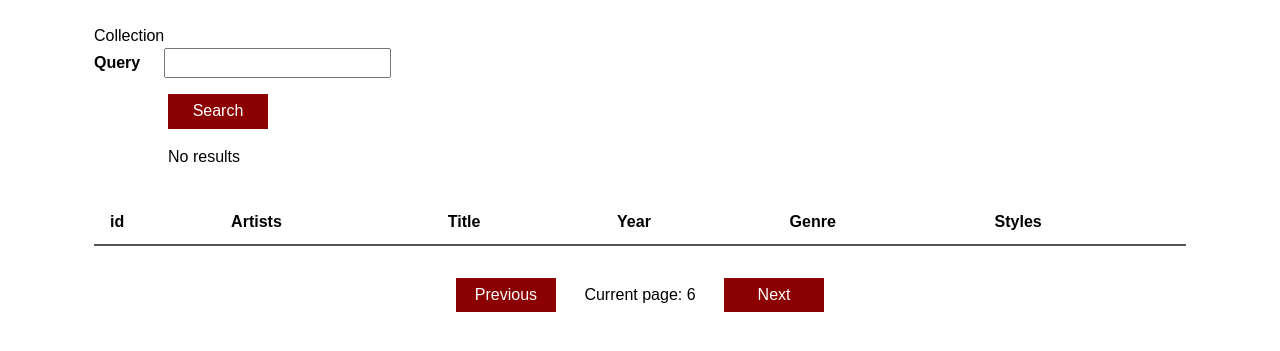
Repository: ivan-baljkas/pristupni_zadatak
Page: / (app in frontend/react-akademija-master/)
The author's editor kept a copy of each file at every save. The page is drawn from the files as they stood at one save, then again after the next save.
The browser window is 1280 px wide. The pictures show the whole page.
The page's requests for data from a server got no answer. The project was rebuilt for these pictures with package versions that can differ from the ones it lists, and the page was loaded fresh each time. No one was signed in, and anything a server would have sent is missing. Also part of the build but not shown: frontend/react-akademija-master/src/components/TableItem.jsx.

Above is the page before, as saved 2021-07-22 12:08:01.

### frontend/react-akademija-master/public/index.html
<!DOCTYPE html>
<html lang="en">
  <head>
    <meta charset="utf-8" />
    <link rel="icon" href="%PUBLIC_URL%/favicon.ico" />
    <meta name="viewport" content="width=device-width, initial-scale=1" />
    <meta name="theme-color" content="#000000" />
    <meta
      name="description"
      content="Web site created using create-react-app"
    />
    <link rel="apple-touch-icon" href="%PUBLIC_URL%/logo192.png" />
    <!--
      manifest.json provides metadata used when your web app is installed on a
      user's mobile device or desktop. See https://developers.google.com/web/fundamentals/web-app-manifest/
    -->
    <link rel="manifest" href="%PUBLIC_URL%/manifest.json" />
    <!--
      Notice the use of %PUBLIC_URL% in the tags above.
      It will be replaced with the URL of the `public` folder during the build.
      Only files inside the `public` folder can be referenced from the HTML.

      Unlike "/favicon.ico" or "favicon.ico", "%PUBLIC_URL%/favicon.ico" will
      work correctly both with client-side routing and a non-root public URL.
      Learn how to configure a non-root public URL by running `npm run build`.
    -->
    <link rel="stylesheet" type="text/css" href="https://cdnjs.cloudflare.com/ajax/libs/normalize/8.0.1/normalize.min.css">
    <title>Ivan Baljkas</title>
  </head>
  <body>
    <noscript>You need to enable JavaScript to run this app.</noscript>
    <div id="root"></div>
    <!--
      This HTML file is a template.
      If you open it directly in the browser, you will see an empty page.

      You can add webfonts, meta tags, or analytics to this file.
      The build step will place the bundled scripts into the <body> tag.

      To begin the development, run `npm start` or `yarn start`.
      To create a production bundle, use `npm run build` or `yarn build`.
    -->
  </body>
</html>

### frontend/react-akademija-master/src/index.css
body {
  margin: 0;
  font-family: -apple-system, BlinkMacSystemFont, "Segoe UI", "Roboto", "Oxygen",
    "Ubuntu", "Cantarell", "Fira Sans", "Droid Sans", "Helvetica Neue",
    sans-serif;
  -webkit-font-smoothing: antialiased;
  -moz-osx-font-smoothing: grayscale;
}

body {
  max-width: 1140px;
  margin: 0 auto;
  padding: 24px;
  font-family: Arial, sans-serif;
  font-size: 16px;
  line-height: 1.5;
}

h1 {
  margin-top: 0;
}

html {
  box-sizing: border-box;
}
*,
*:before,
*:after {
  box-sizing: inherit;
}

table {
  border-collapse: collapse;
  text-align: left;
  margin-bottom: 2em;
  width: 100%;
}

thead {
  border-bottom: 2px solid #555;
}

thead th,
td {
  padding: 0.6em 1em;
}

tbody tr:nth-child(even) {
  background-color: #e9e9e9;
}

.pagination {
  text-align: center;
}

button {
  margin: 0 1.5em;
  background-color: darkred;
  color: white;
  border-width: 0;
  padding: 0.5em 1em;
  min-width: 100px;
}

button:disabled {
  opacity: 0.5;
}

.stats {
  border-bottom: 1px solid #555;
  padding-bottom: 1em;
  margin-bottom: 1em;
  text-align: center;
}

form div {
  margin-bottom: 1em;
}

form {
  margin-bottom: 2em;
}

form label {
  display: inline-block;
  min-width: 70px;
}

form button,
.result {
  margin-left: 74px;
}

form input {
  padding: 0.25em 0.5em;
}

form label {
  font-weight: bold;
}

### frontend/react-akademija-master/src/App.js
import React, {useState, useEffect} from "react";
import { SearchForm } from "./components/SearchForm";
import { CollectionTable } from "./components/CollectionTable";
import { TableItem } from "./components/TableItem";
import { Pagination } from "./components/Pagination";
//import data from "./data.json";


const App = () => {

  const [state, setState]= useState({
      results:[],
      currentPage:6,
      searchQuery:''
  });

  const [queryResult, setQueryResult]= useState('No results');


  /* Dohvaćanje kolekcije */
useEffect(() => {
  fetch(`https://api.discogs.com/users/adrianmusiccollector/collection/folders/0/releases?page=${state.currentPage}`)
    /* Dohvaćanje API URL-a sa prosljeđenom paginacijom */
    .then((data) => data.json())
    .then((data) => {
      /* Dopuniti sa state update funkcijom */
      const items = data.releases
      setState({...state, results:items})
    })
    .catch((error)=>{
        console.log('Error: ',error);
    });
}, []);

const handleSearch = (event) => {

  fetch(
    `https://api.discogs.com/database/search?q=${state.searchQuery}&key=OxnCHJEetGbikaamOyaK&secret=wQCIuWuanmRVVeWqNVFWMfSJldHbqnAi`
  )
    .then((data) => data.json())
    .then((data) => {
      setQueryResult(
        Boolean(data.results.length) ? data.results[0].title : "No results"
      );
    });
};




  return (
    <div>
      <header>
        Collection
      </header>
      <SearchForm state={state} queryState={[queryResult, setQueryResult]} handleSearch={handleSearch} >
          {queryResult}
        </SearchForm>
        <CollectionTable>
        {state.results.map(release=>(
          <TableItem id={release.id} {...release}/>
        ))}
        </CollectionTable>
        <Pagination currentPage={state.currentPage} pages={2} />
    </div>
  );
};

export default App;

### frontend/react-akademija-master/src/components/SearchForm.jsx
import React, { Component } from 'react'

export const SearchForm = (props) =>{

    return(
        <div>
            <form  onClick={props.handleSearch()}>
            <div>

                <label htmlFor="query">Query </label>
                <input type="text" id="query"/>
            </div>
            <div>
                <button type="submit">Search</button>
                <p class="result">{props.children}</p>
            </div>

            </form>

        </div>
    );
};

### frontend/react-akademija-master/src/components/CollectionTable.jsx
import React, { Component } from 'react'
import { TableItem } from './TableItem';
export const CollectionTable = (props) =>{

    return(
        <div>
            <table>
            <thead>
                <tr>
                    <th>id</th>
                    <th>Artists</th>
                    <th>Title</th>
                    <th>Year</th>
                    <th>Genre</th>
                    <th>Styles</th>
                </tr>
            </thead>
             <tbody>
                {props.children}
            </tbody>

            </table>
        </div>
    );
};

### frontend/react-akademija-master/src/components/Pagination.jsx
import React, { Component } from 'react'

export const Pagination = (props) =>{

    return(
        <div className="pagination">
            <button type="button" disabled = {props.currentPage === 1}>Previous</button>
             <span>  Current page:  {props.currentPage} </span>
             <button type="button"disabled = {props.currentPage === props.pages}>Next</button>
        </div>
    );
};

Loaded but not shown: frontend/react-akademija-master/src/index.js (common file); frontend/react-akademija-master/src/reportWebVitals.js (common file)

After the next save:
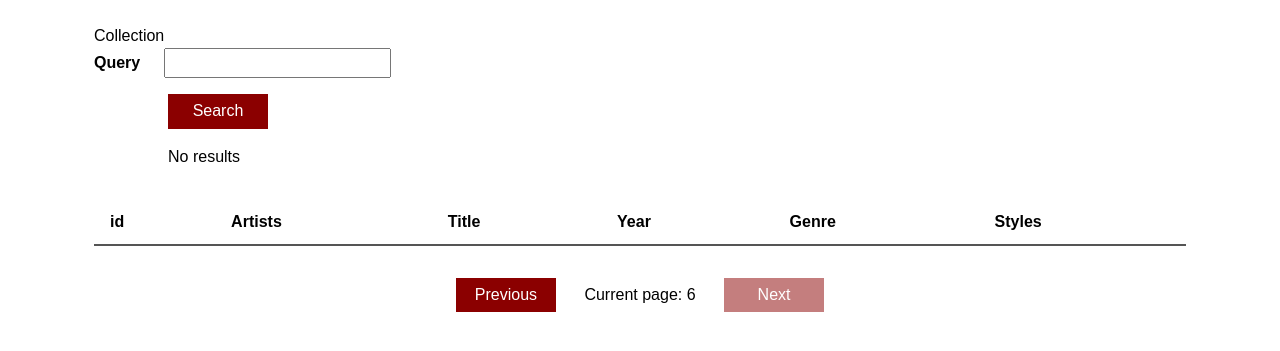
Saved 15 s later.
--- a/frontend/react-akademija-master/src/App.js
+++ b/frontend/react-akademija-master/src/App.js
@@ -11,7 +11,8 @@ const App = () => {
   const [state, setState]= useState({
       results:[],
       currentPage:6,
-      searchQuery:''
+      searchQuery:'',
+      pages:6
   });
 
   const [queryResult, setQueryResult]= useState('No results');
@@ -61,7 +62,7 @@ const handleSearch = (event) => {
           <TableItem id={release.id} {...release}/>
         ))}
         </CollectionTable>
-        <Pagination currentPage={state.currentPage} pages={2} />
+        <Pagination currentPage={state.currentPage} pages={6} />
     </div>
   );
 };
